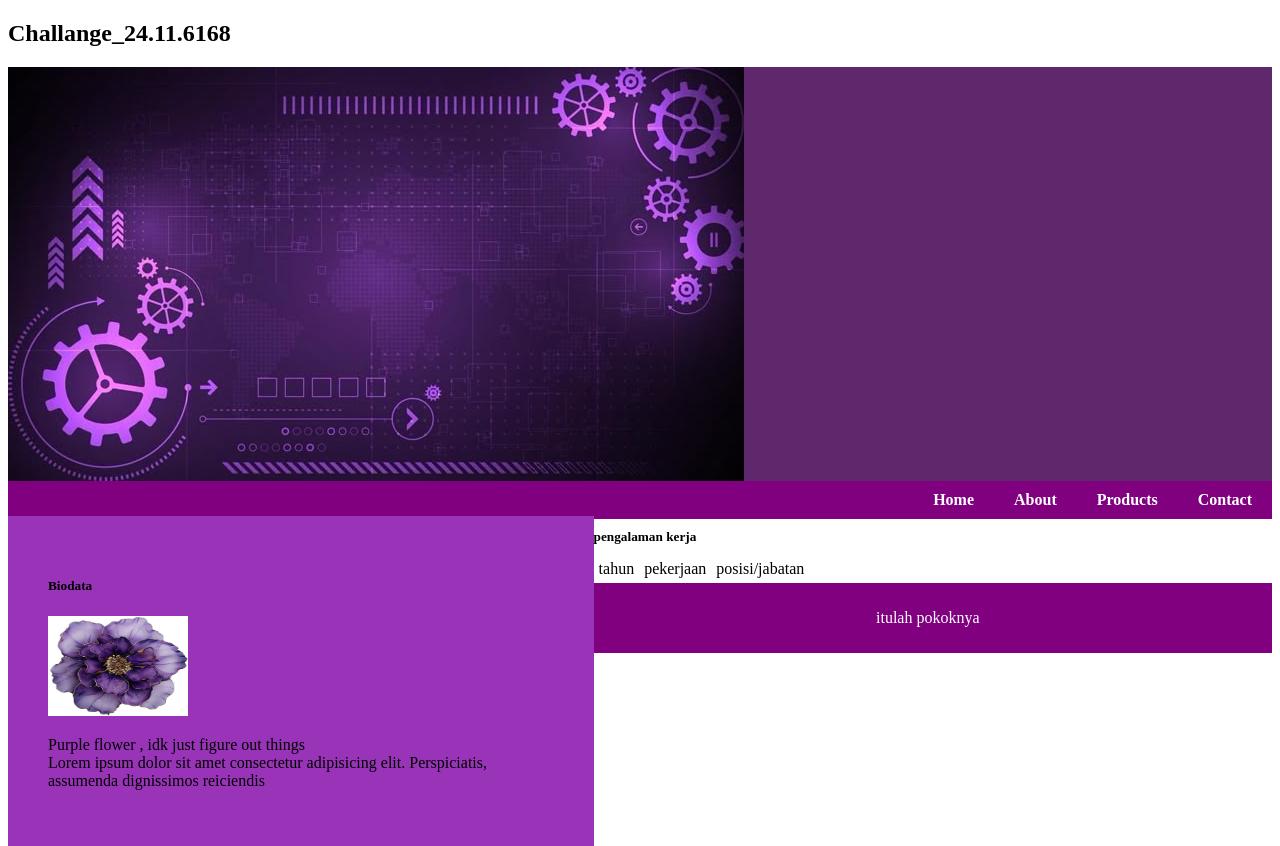
Repository: Ms-Ulfiyahrustam/p5_pemogramanweb
Page: index.html
These files come from the project's save history. The page is drawn as it stood at one moment and after the next save; the edit follows.
The browser window is 1280 px wide. The pictures show the whole page.

Above is the page before, as saved 2026-04-27 09:55:04.

### index.html
<!DOCTYPE html>
<html lang="en">
<head>
    <meta charset="UTF-8">
    <meta name="viewport" content="width=device-width, initial-scale=1.0">
    <link rel="stylesheet" href="style.css">
    <title>Document</title>
</head>
<body class="">
    <h2>Challange_24.11.6168</h2>
    <div class="flex-container">
        <img src="download.jpg" alt="">
    </div>
    <div class="leftside">
        <h5>Biodata</h5>
        <img src="purple.jpg" alt="" width="140" height="100" >
        <p>Purple flower , idk just figure out things <br>
            Lorem ipsum dolor sit amet consectetur adipisicing elit. Perspiciatis, assumenda dignissimos reiciendis  <br>
        </p>
    </div>
    <div class="midplace">
<nav class="menu">
  <ul>
    <li><a href="#">Home</a></li>
    <li><a href="#">About</a></li>
    <li><a href="#">Products</a></li>
    <li><a href="#">Contact</a></li>
  </ul>
</nav>
        </div>

        <div class="rightside">
            <h5>pengalaman kerja</h5>
            <table cellspacing="0" cellpadding="5">
                    <tr >
                        <td>tahun</td>
                        <td> pekerjaan</td>
                        <td>posisi/jabatan</td>
                    </tr>
            </table>
        </div>


        <footer class="footer">
            <p>itulah pokoknya</p>
        </footer>
</body>
</html>

### style.css


.flex-container{
    display: flex;
    background-color: rgb(95, 40, 109);
    margin: auto;
}

.leftside{

    float:left;
    background-color: rgb(153, 52, 184);
    margin-top: 35px;
    width:40%;
    height: 40%;
    padding: 40px;


}

leftside img{
    justify-content: center;
}

.rightside{
    justify-content: right;
}

.rightside h5 {
    justify-content: center;
    margin: auto;
    padding: 10px;
}


.midplace{
    background-color: purple;
    color: azure;

}

.menu {
  background-color: purple;
  padding: 10px 0;
}

.menu ul {
  display: flex;
  justify-content: right;
  list-style: none;
  margin: 0;
  padding: 0;
}

.menu li {
  margin: 0 20px;
}

.menu a {
  text-decoration: none;
  color: white;
  font-weight: bold;
}

.footer {
    background-color :purple;
    padding: 10px;
    text-align: center;
    color : white;
}

After the next save:
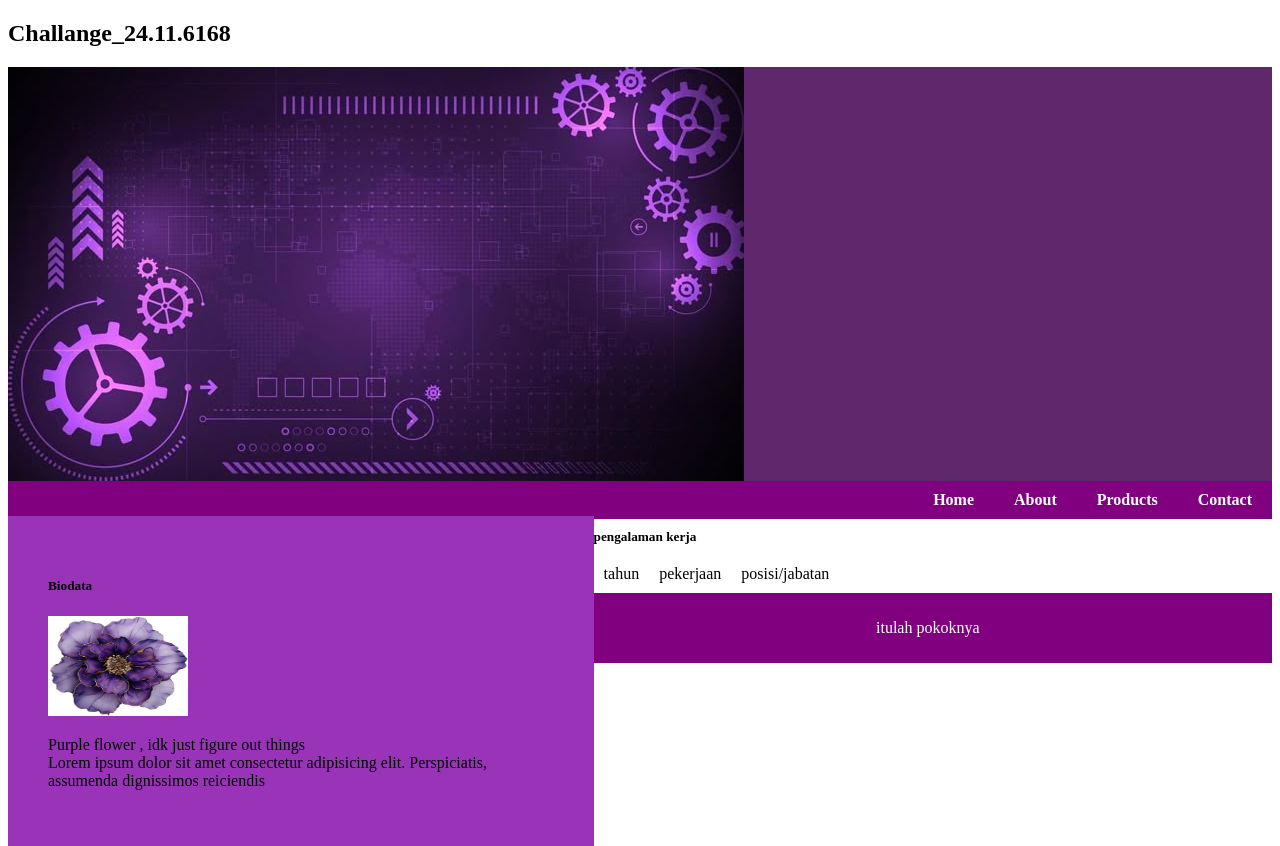
Saved 13 s later.
--- a/index.html
+++ b/index.html
@@ -31,7 +31,7 @@
 
         <div class="rightside">
             <h5>pengalaman kerja</h5>
-            <table cellspacing="0" cellpadding="5">
+            <table cellspacing="0" cellpadding="10">
                     <tr >
                         <td>tahun</td>
                         <td> pekerjaan</td>
